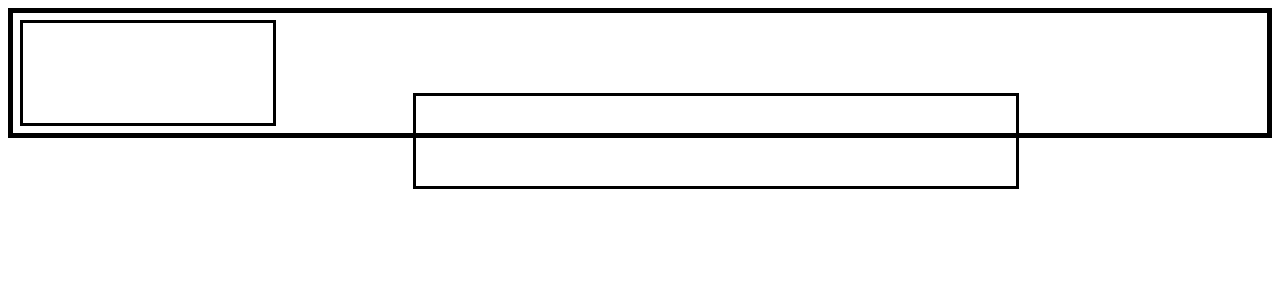
Repository: cartervandekamp/htmlstructure.mdia2003
Page: htmlstructure-psd/index.html
The author's editor kept a copy of each file at every save. The page is drawn from the files as they stood at one save, then again after a run of saves.
The browser window is 1280 px wide. The pictures show the whole page.

Above is the page before, as saved 2023-01-16 18:04:09.

After the next 4 saves:
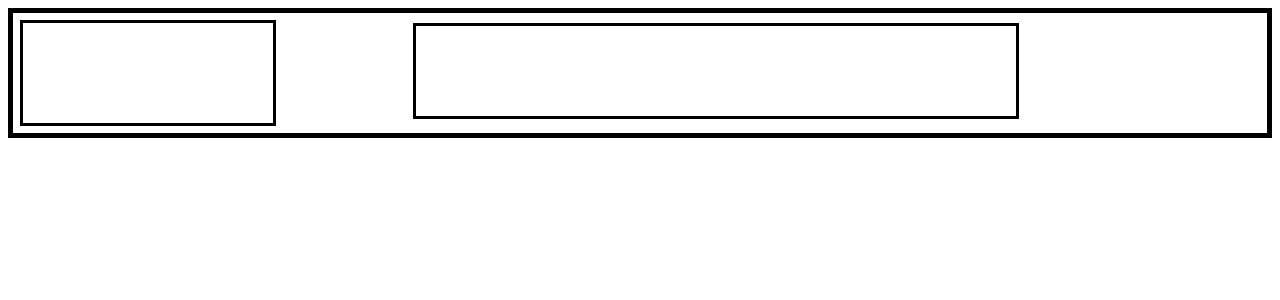
The 4 saves are shown as one change because they came seconds apart.
The last was saved 13 s later.
--- a/htmlstructure-psd/style.css
+++ b/htmlstructure-psd/style.css
@@ -25,5 +25,5 @@ body {
     border-color: black;
     align-items: center;
     margin-left: 400px;
-    margin-top: -40px;
+    margin-top: -110px;
 }
